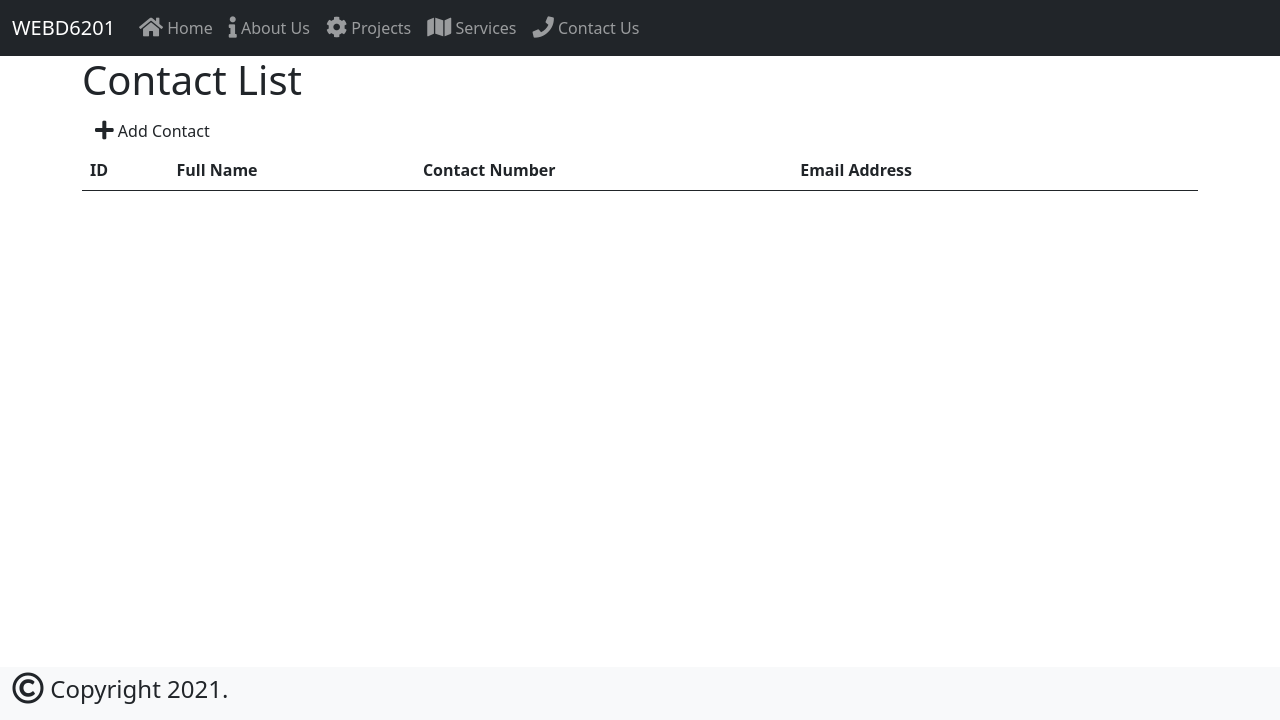
Repository: GarlicButterBoy/WEBD6201-ICE04
Page: contact-list.html
These files come from the project's save history. The page is drawn as it stood at one moment and after a run of saves; the edit follows.
The browser window is 1280 px wide. The pictures show the whole page.

Above is the page before, as saved 2021-02-10 09:22:05.

### contact-list.html
<!DOCTYPE html>
<html lang="en">
<head>
    <meta charset="UTF-8">
    <meta name="viewport" content="width=device-width, initial-scale=1.0">
    <title>Contact-List</title>
    <!-- CSS Section -->
    <link rel="stylesheet" href="./node_modules/bootstrap/dist/css/bootstrap.min.css">
    <link rel="stylesheet" href="./node_modules/@fortawesome/fontawesome-free/css/all.min.css">
    <link rel="stylesheet" href="./Content/app.css">
</head>
<body>
    <!-- Main Header -->
    <header>
        <!-- Main Navigation -->
        <nav class="navbar navbar-expand-lg navbar-dark bg-dark">
            <div class="container-fluid">
              <a class="navbar-brand" href="index.html">WEBD6201</a>
              <button class="navbar-toggler" type="button" data-bs-toggle="collapse" data-bs-target="#navbarSupportedContent" aria-controls="navbarSupportedContent" aria-expanded="false" aria-label="Toggle navigation">
                <span class="navbar-toggler-icon"></span>
              </button>
              <div class="collapse navbar-collapse" id="navbarSupportedContent">
                <ul class="navbar-nav me-auto mb-2 mb-lg-0">
                  <li class="nav-item">
                    <a class="nav-link" aria-current="page" href="index.html"><i class="fas fa-home fa-lg"></i> Home</a>
                  </li>

                  <li class="nav-item">
                    <a class="nav-link" aria-current="page" href="about.html"><i class="fas fa-info fa-lg"></i> About Us</a>
                  </li>

                  <li class="nav-item">
                    <a class="nav-link" aria-current="page" href="projects.html"><i class="fas fa-cog fa-lg"></i> Projects</a>
                  </li>

                  <li class="nav-item">
                    <a class="nav-link" aria-current="page" href="services.html"><i class="fas fa-map fa-lg"></i> Services</a>
                  </li>

                  <li class="nav-item">
                    <a class="nav-link" aria-current="page" href="contact.html"><i class="fas fa-phone fa-lg"></i> Contact Us</a>
                  </li>
                </ul>
              </div>
            </div>
          </nav>
    </header>

    <!-- Main Content -->
    <main class="container">
        <h1>Contact List</h1>

        <div class="row">
          <div class="col">

            <button class="btn" class="btn-primary btn-lg"><i class="fas fa-plus fa-lg"></i> Add Contact</button>
            <table class="table table-striped">
            <thead>
              <tr>
                <th scope="col">ID</th>
                <th scope="col">Full Name</th>
                <th scope="col">Contact Number</th>
                <th scope="col">Email Address</th>
                <th scope="col"></th>
                <th scope="col"></th>
              </tr>
            </thead>
            <tbody id="contactList">
            </tbody>
          </table>
          </div>
        </div>
    </main>

    <!-- Main Footer -->
    <footer>
        <nav class="navbar fixed-bottom navbar-light bg-light">
            <div class="container-fluid">
              <h4><i class="far fa-copyright fa-lg"></i> Copyright 2021.</h4>
            </div>
          </nav>
    </footer>

    <!-- Script Section-->
    <script src="./node_modules/jquery/dist/jquery.min.js"></script>
    <script src="./node_modules/bootstrap/dist/js/bootstrap.bundle.min.js"></script>
    <script src="./Scripts/namespace.js"></script>
    <script src="./Scripts/contact.js"></script>
    <script src="./Scripts/app.js"></script>
</body>
</html>

### Scripts/namespace.js

//namespace core
let core;

### Scripts/contact.js
"use strict";

//Contact Class

(()=>{
    class Contact {

        //getters and setters
      get FullName()
      {
          return this.m_fullName;
      }
      get ContactNumber()
      {
          return this.m_conactNumber;
      }
      get EmailAddress()
      {
          return this.m_emailAddress;
      }
      set FullName(value)
      {
          this.m_fullName = value;
      }
      set ContactNumber(value)
      {
          this.m_conactNumber = value;
      }
      set EmailAddress(value)
      {
          this.m_emailAddress = value;
      }

        //Constructor
        /**
         * A Constructor for any Contact objects being instantiated
         * @param {string} fullName
         * @param {string} contactNumber
         * @param {string} emailAddress
         */
        constructor(fullName = "", contactNumber = "", emailAddress = "")
        {
            this.ContactNumber = contactNumber;
            this.EmailAddress = emailAddress;
            this.FullName = fullName;
        }



        //Methods
        /**
         * Overrides the toString method to print the Contact class
         * @returns {string}
         */
        toString()
        {
            return `Full Name: ${this.m_fullName}\nPhone: ${this.m_contactNumber}\nEmail: ${this.m_emailAddress}`;
        }

        /**
         * This method returns a JSON Object
         * @returns {Object}
         */
        toJSON()
        {
            return {
                "fullName":this.FullName,
                "contactNumber":this.ContactNumber,
                "emailAddress":this.EmailAddress
            }
        }
        /**
         * Method converts the Contact into a comma-seperated value string
         * @returns {String}
         */
        serialize()
        {
            if (this.FullName !== "" && this.ContactNumber !== "" && this.EmailAddress !== "")
            {
                return `${this.FullName},${this.ContactNumber},${this.EmailAddress}`;
            }
            else
            {
                console.error("Error: One of more of the Contact Properties are empty or null.");
                return null;
            }

        }
        /**
         * Method takes a comma-seperated data string and assigns the values to the contact class properties
         * @param {string} data
         * @returns {void}
         */
        deserialize(data)
        {
            let propertyArray = data.split(",");
            this.FullName = propertyArray[0];
            this.ContactNumber = propertyArray[1];
            this.EmailAddress = propertyArray[2];
        }

    }

core.Contact = Contact;

})(core || (core={}));

### Scripts/app.js
/* custom JavaScript goes here */

//IIFE - Immediately Invoked Function Expression
//AKA - Anonymous Self-Executing Function
//Closure - limits scope leak

"use strict";
/* Example of a class being created with brand new functions
let myContact =
{
  "firstName":"Nick SF",
  "contactNumber":"905-123-4567",
  "emailAddress":"email@test.com",
  "saysHello":function() { console.log(`${fullName} says Hello!`); },
  "someOtherObject":{  "friendsList":["Tony", "Stephen", "Peter"]  }

};*/

((core) =>
{
    function displayHome()
    {
/*
      $("button").on("mouseover", function(){
        console.log("JQuery Click");
      });

      let myButton = document.querySelectorAll("button")[1];
      myButton.addEventListener("click", () => {
        console.log("Button Clicked!");
      });
*/
      //console.log(myButton);

        let paragraphOneText =
          "This is a simple site to demonstrate DOM Manipulation for ICE 1";

        let paragraphOneElement = document.getElementById("paragraphOne");

        paragraphOneElement.textContent = paragraphOneText;
        paragraphOneElement.className = "fs-5";

        // Step 1. document.createElement
        let newParagraph = document.createElement("p");
        // Step 2. configure the element
        newParagraph.setAttribute("id", "paragraphTwo");
        newParagraph.textContent = "...And this is paragraph two";
        // Step 3. select the parent element
        let mainContent = document.getElementsByTagName("main")[0];
        // Step 4. Add / Insert the element
        mainContent.appendChild(newParagraph);

        newParagraph.className = "fs-6";

        // another way of injecting content
        let paragraphDiv = document.createElement("div");
        let paragraphThree = `<p id="paragraphThree" class="fs-7 fw-bold">And this is the Third Paragraph</p>`;
        paragraphDiv.innerHTML = paragraphThree;

        // insertions

        // example of inserting before a node
        //newParagraph.before(paragraphDiv);

        // example of inserting after a node
        newParagraph.after(paragraphDiv);

        // deletions

        // example of removing a single element
        //paragraphOneElement.remove();

        // example of removeChild
        mainContent.removeChild(paragraphOneElement);

        // update / modification
        //mainContent.firstElementChild.textContent = "Welcome Home!";

        mainContent.innerHTML = `<h1 id="firstHeading">Welcome to WEBD6201 - Lab 1</h1>
         <p id="paragraphOne" class="fs-3 fw-bold">This is my first Paragraph</p>
        `;

    }

    function displayAbout()
    {

    }

    function displayProjects()
    {

    }

    function displayServices()
    {

    }

    function displayContact()
    {
        //This is the same as below
        let messageArea = $("#messageArea").hide();
        //Same as this
        //let messageArea = document.getElementById("messageArea");
        //messageArea.hidden = true;

        // form validation
        $("#fullName").on("blur", function()
        {
          if($(this).val().length < 2)
            {
                //JQuery example of the lines below
                $(this).trigger("focus").trigger("select");
                messageArea.show().addClass("alert alert-danger").text("Please enter an appropriate name");
                //fullName.focus();
                //fullName.select();
                //messageArea.hidden = false;
                //messageArea.className = "alert alert-danger";
                //messageArea.textContent = "Please enter an appropriate Name";
            }
            else
            {
                //JQuery example of the line below
                messageArea.removeAttr("class").hide();
                //messageArea.hidden = true;
                //messageArea.removeAttribute("class");
            }
        });
        //let fullName = document.getElementById("fullName");
        //fullName.addEventListener("blur", function() {});

        $("#sendButton").on("click", ()=>
        {
          if ($("#subscribeCheckbox")[0].checked)
          {
            let contact = new core.Contact(FullName.value, ContactNumber.value, EmailAddress.value);
            if(contact.serialize()) //checking if the serialized object exists
            {
              let key = contact.FullName.substring(0, 1) + Date.now();

              localStorage.setItem(key, contact.serialize());
            }
          }
        });

        //let sendButton = document.getElementById("sendButton");
        //sendButton.addEventListener("click", function(event){

            //event.preventDefault();
            //console.log(contact.serialize());
            //fullName.value = "";
            //contactNumber.value = "";
            //emailAddress.value = "";
        //});
    }
    function displayContactList()
    {

      if(localStorage.length > 0)
      {
        let contactList = document.getElementById("contactList");

        let data = "";
        let keys = Object.keys(localStorage);

        let index = 1;

        for (const key of keys)
        {
          console.log(key);
          let contactData = localStorage.getItem((key).toString());

          console.log(contactData);

          let contact = new core.Contact();
          contact.deserialize(contactData);

          data += `<tr>
                  <th scope="row">${index}</th>
                  <td>${contact.FullName}</td>
                  <td>${contact.ContactNumber}</td>
                  <td>${contact.EmailAddress}</td>
                  <td class="text-center"><button class="btn btn-primary btn-sm edit" value="${key}"><i class="fas fa-sm fa-edit"></i> Edit</button></td>
                  <td class="text-center"><button class="btn btn-warning btn-sm delete" value="${key}"><i class="fas fa-sm fa-trash-alt"></i> Delete</button></td>
                  </tr>`;
          index++;
        }

        contactList.innerHTML = data;
        //TODO: Create an Edit page
        $("button.edit").on("click", function()
        {
          location.href = "edit.html#" + $(this).val();
        });


        $("button.delete").on("click", function()
        {
          if(confirm("Are you sure?"))
          {
            localStorage.removeItem($(this).val());
          }
          location.href = "contact-list.html";
        });
      }


    }
    function displayEdit()
    {

      let key = location.hash.substring(1);

      let contact = new core.Contact();

      //Simple check to ensure the key is not empty
      if(key != "")
      {
        //get contact info from localStorage
        contact.deserialize(localStorage.getItem(key));
        //Display contact info
        $("#fullName").val(contact.FullName);
        $("#contactNumber").val(contact.ContactNumber);
        $("#emailAddress").val(contact.EmailAddress);
      }
      //Edit Button
      $("#editButton").on("click", function()
      {
        //If key is empty, make new one
        if (key == "")
        {
          key = contact.FullName.substring(0, 1) + Date.now();
        }

        //Update the contact info using the newly typed data
        contact.FullName = $("#fullName").val();
        contact.ContactNumber = $("#contactNumber").val();
        contact.EmailAddress = $("#emailAddress").val();

        //Update localStorage
        localStorage.setItem(key, contact.serialize());

        //Navigate back to the contact-list.html
        location.href = "contact-list.html";
      });
      //Cancel Button
      $("#cancelButton").on("click", function()
      {
        //return to contact-list.html
        location.href = "contact-list.html";
      });

    }

    function Start()
    {
        console.log("App Started...");




        switch (document.title)
        {
          case "Home":
              displayHome();
            break;
          case "About":
              displayAbout();
            break;
          case "Projects":
              displayProjects();
            break;
          case "Services":
              displayServices();
            break;
          case "Contact":
              displayContact();
            break;
          case "Contact-List":
              displayContactList();
              break;
          case "Edit":
              displayEdit();
            break;
        }

    }

    window.addEventListener("load", Start);

    core.Start = Start;


})  (core || (core={}));

Loaded but not shown: node_modules/bootstrap/dist/css/bootstrap.min.css (library); node_modules/@fortawesome/fontawesome-free/css/all.min.css (library); Content/app.css (common file); node_modules/jquery/dist/jquery.min.js (library); node_modules/bootstrap/dist/js/bootstrap.bundle.min.js (library)

After the next 4 saves:
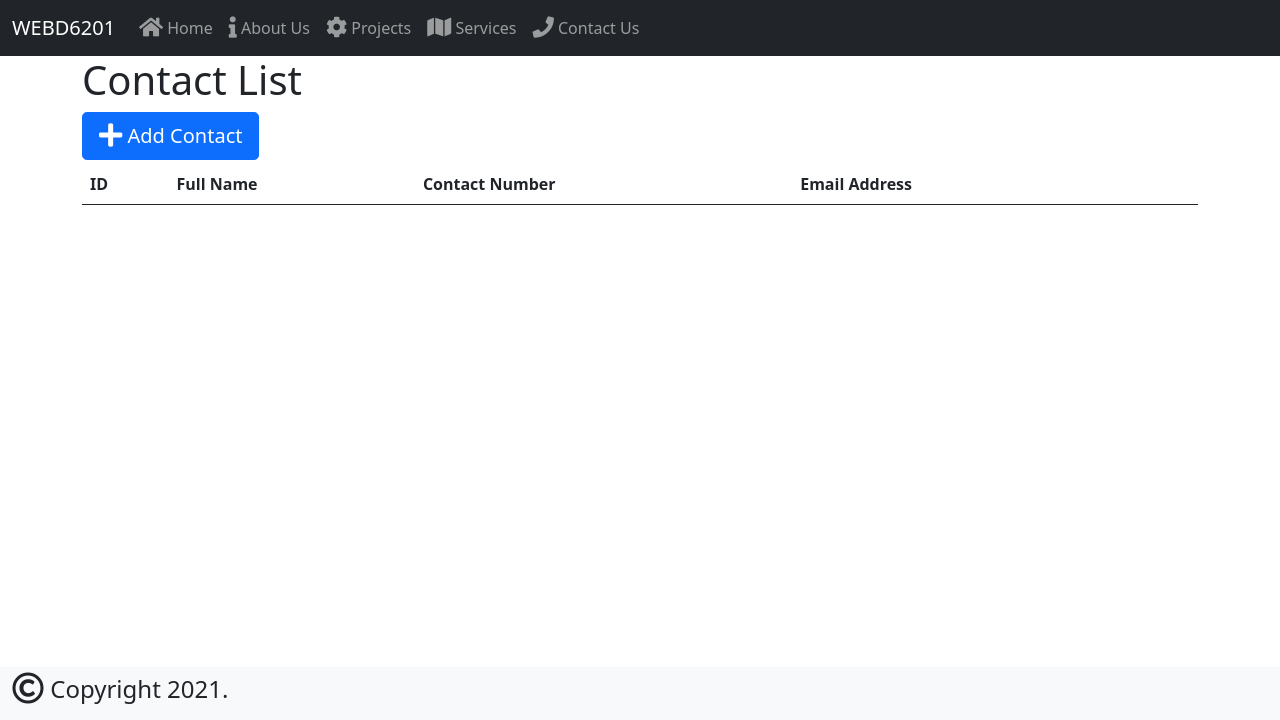
The 4 saves are shown as one change because they came seconds apart.
The last was saved 24 s later.
--- a/contact-list.html
+++ b/contact-list.html
@@ -53,7 +53,7 @@
         <div class="row">
           <div class="col">
 
-            <button class="btn" class="btn-primary btn-lg"><i class="fas fa-plus fa-lg"></i> Add Contact</button>
+            <button class="btn btn-primary btn-lg mb-1"><i class="fas fa-plus fa-lg"></i> Add Contact</button>
             <table class="table table-striped">
             <thead>
               <tr>
